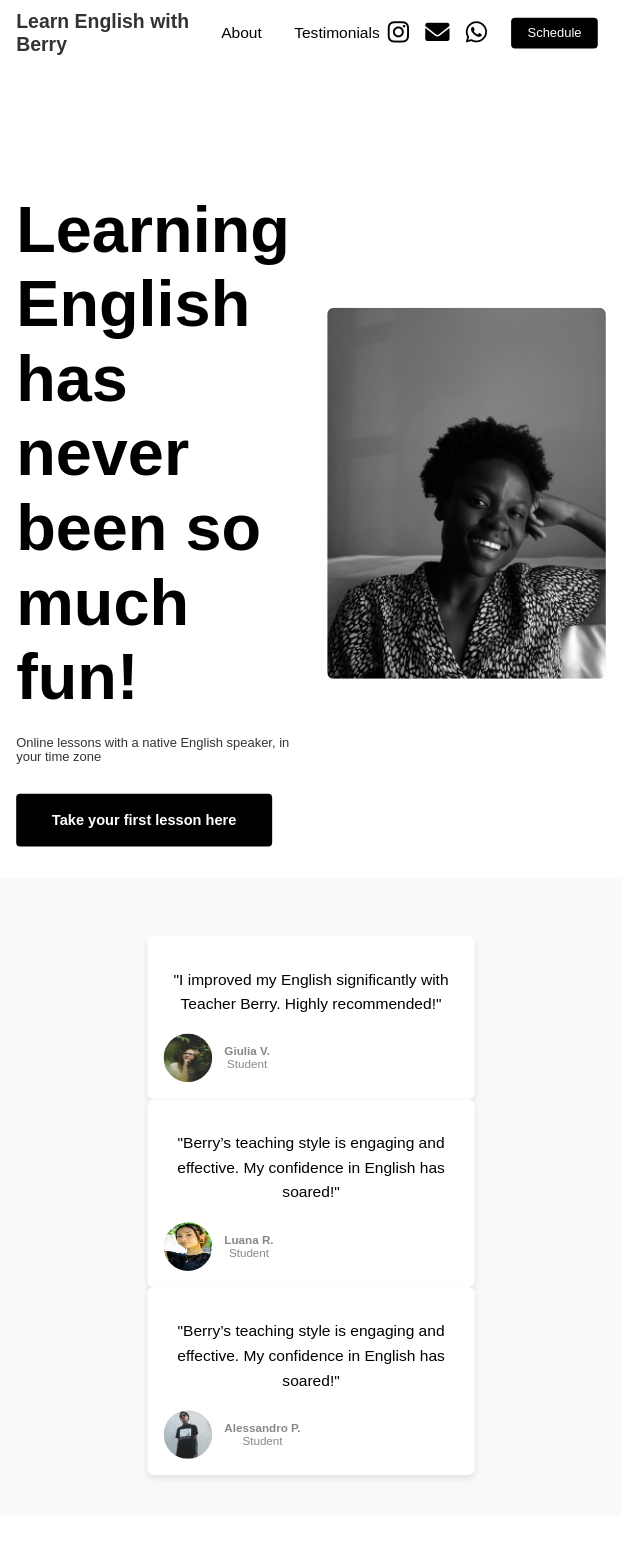
Repository: ntandomagana/esl-landing-page
Page: index.html
An editor plug-in stored every save of this project. The page is shown before and after the next save, followed by the edit.
The browser window is 768 px wide. The pictures show the whole page, at 81% of full size.

Above is the page before, as saved 2024-07-17 13:55:00.

After the next save:
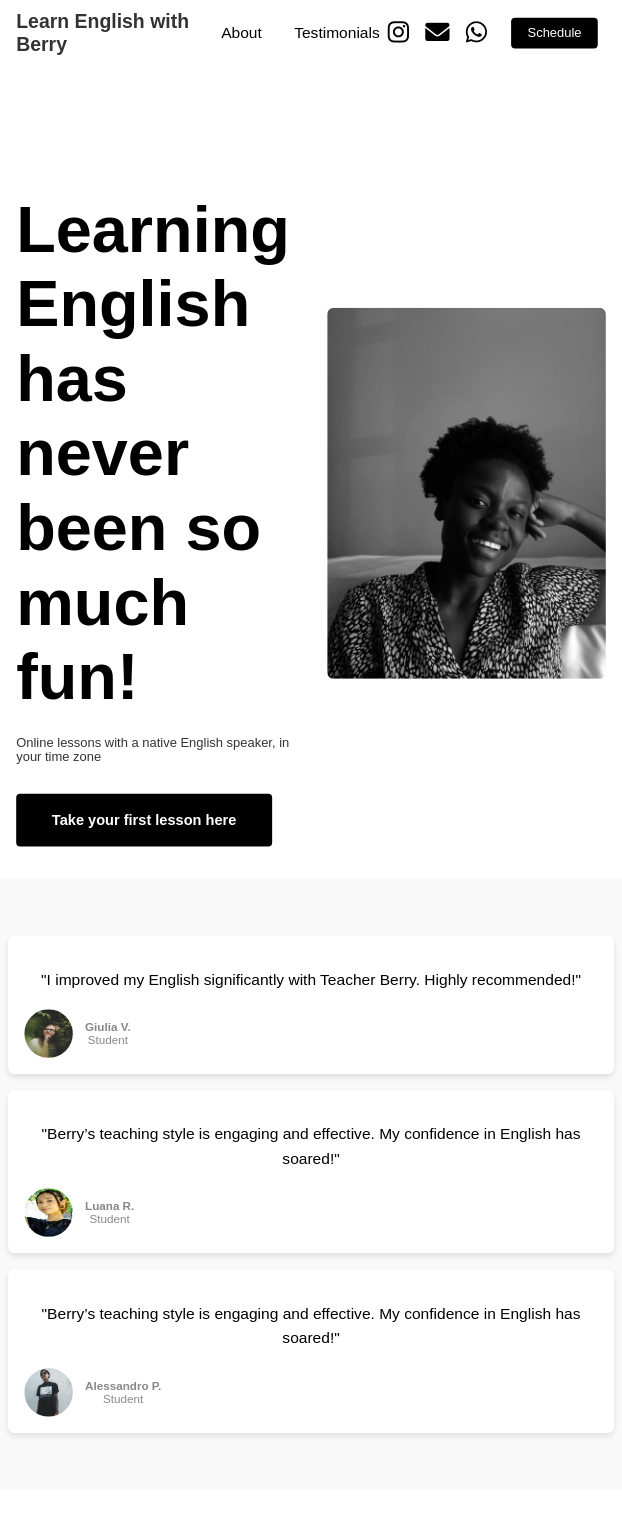
Saved 44 s later.
--- a/index.css
+++ b/index.css
@@ -222,3 +222,11 @@ nav ul li a:hover {
 .testimonial-author strong {
     font-weight: bold;
 }
+
+
+@media (max-width: 768px) {
+    .testimonial-item {
+        width: calc(100% - 20px); /* Full width on smaller screens */
+        margin: 0 10px 20px; /* Adjust margin for spacing */
+    }
+}
